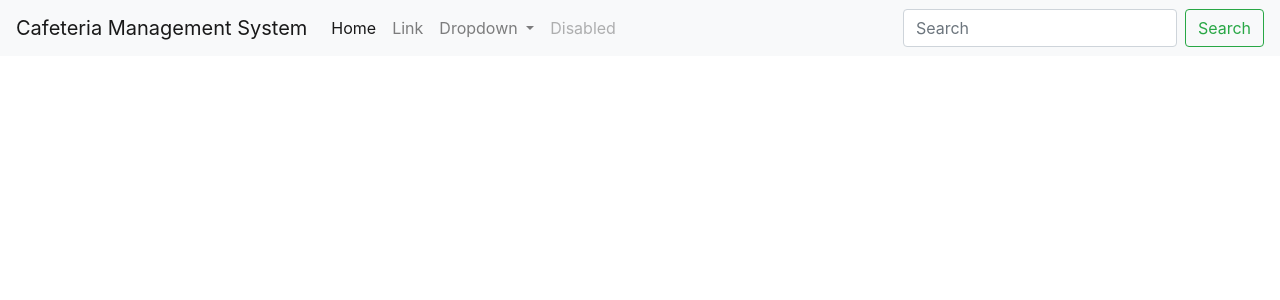
Repository: OsamaRaees/Trivia
Page: http://localhost/Trivia/
These files come from the project's save history. The page is drawn as it stood at one moment and after the next save; the edit follows.
The browser window is 1280 px wide. The pictures show the whole page.
The page is served by Tomcat 9. Other server files are loaded and not shown.

Above is the page before, as saved 2019-04-05 04:37:01.

### Trivia/WebContent/Main.jsp
<%@ page language="java" contentType="text/html; charset=ISO-8859-1"
    pageEncoding="ISO-8859-1"%>
<!DOCTYPE html>
<html>
<head>
<meta charset="ISO-8859-1">
<link rel="stylesheet" href="https://stackpath.bootstrapcdn.com/bootstrap/4.3.1/css/bootstrap.min.css" integrity="sha384-ggOyR0iXCbMQv3Xipma34MD+dH/1fQ784/j6cY/iJTQUOhcWr7x9JvoRxT2MZw1T" crossorigin="anonymous">
<title>Insert title here</title>
</head>
<body>

<nav class="navbar navbar-expand-lg navbar-light bg-light">
  <a class="navbar-brand" href="#">Cafeteria Management System </a>
  <button class="navbar-toggler" type="button" data-toggle="collapse" data-target="#navbarSupportedContent" aria-controls="navbarSupportedContent" aria-expanded="false" aria-label="Toggle navigation">
    <span class="navbar-toggler-icon"></span>
  </button>

  <div class="collapse navbar-collapse" id="navbarSupportedContent">
    <ul class="navbar-nav mr-auto">
      <li class="nav-item active">
        <a class="nav-link" href="#">Home <span class="sr-only">(current)</span></a>
      </li>
      <li class="nav-item">
        <a class="nav-link" href="#">Link</a>
      </li>
      <li class="nav-item dropdown">
        <a class="nav-link dropdown-toggle" href="#" id="navbarDropdown" role="button" data-toggle="dropdown" aria-haspopup="true" aria-expanded="false">
          Dropdown
        </a>
        <div class="dropdown-menu" aria-labelledby="navbarDropdown">
          <a class="dropdown-item" href="#">Action</a>
          <a class="dropdown-item" href="#">Another action</a>
          <div class="dropdown-divider"></div>
          <a class="dropdown-item" href="#">Something else here</a>
        </div>
      </li>
      <li class="nav-item">
        <a class="nav-link disabled" href="#" tabindex="-1" aria-disabled="true">Disabled</a>
      </li>
    </ul>
    <form class="form-inline my-2 my-lg-0">
      <input class="form-control mr-sm-2" type="search" placeholder="Search" aria-label="Search">
      <button class="btn btn-outline-success my-2 my-sm-0" type="submit">Search</button>
    </form>
  </div>
</nav>

<script src="https://code.jquery.com/jquery-3.3.1.slim.min.js" integrity="sha384-q8i/X+965DzO0rT7abK41JStQIAqVgRVzpbzo5smXKp4YfRvH+8abtTE1Pi6jizo" crossorigin="anonymous"></script>
<script src="https://cdnjs.cloudflare.com/ajax/libs/popper.js/1.14.7/umd/popper.min.js" integrity="sha384-UO2eT0CpHqdSJQ6hJty5KVphtPhzWj9WO1clHTMGa3JDZwrnQq4sF86dIHNDz0W1" crossorigin="anonymous"></script>
<script src="https://stackpath.bootstrapcdn.com/bootstrap/4.3.1/js/bootstrap.min.js" integrity="sha384-JjSmVgyd0p3pXB1rRibZUAYoIIy6OrQ6VrjIEaFf/nJGzIxFDsf4x0xIM+B07jRM" crossorigin="anonymous"></script>
</body>
</html>

After the next save:
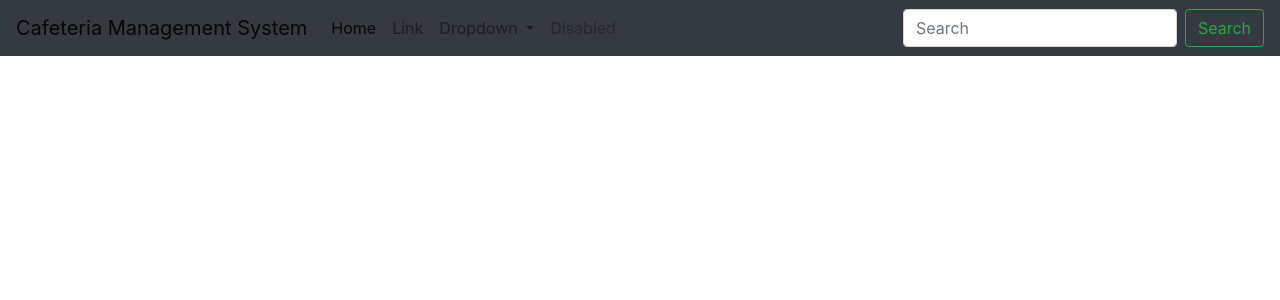
Saved 18 s later.
--- a/Trivia/WebContent/Main.jsp
+++ b/Trivia/WebContent/Main.jsp
@@ -9,7 +9,7 @@
 </head>
 <body>
 
-<nav class="navbar navbar-expand-lg navbar-light bg-light">
+<nav class="navbar navbar-expand-lg navbar-light bg-dark">
   <a class="navbar-brand" href="#">Cafeteria Management System </a>
   <button class="navbar-toggler" type="button" data-toggle="collapse" data-target="#navbarSupportedContent" aria-controls="navbarSupportedContent" aria-expanded="false" aria-label="Toggle navigation">
     <span class="navbar-toggler-icon"></span>

After the save that followed:
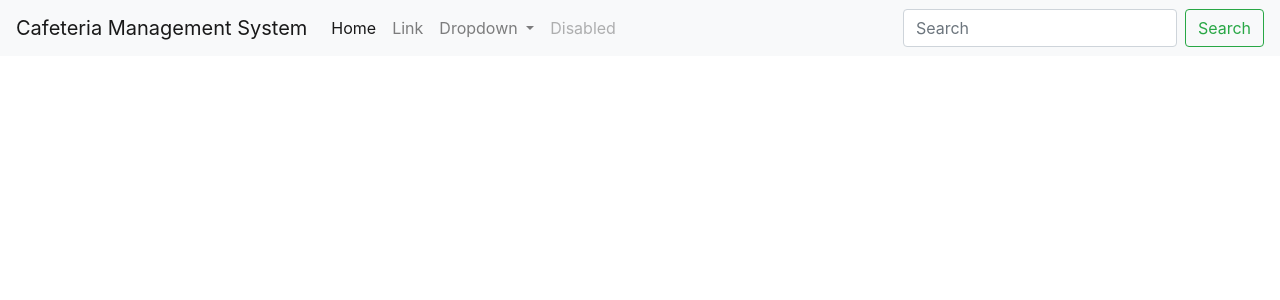
Saved 27 s later.
--- a/Trivia/WebContent/Main.jsp
+++ b/Trivia/WebContent/Main.jsp
@@ -9,7 +9,7 @@
 </head>
 <body>
 
-<nav class="navbar navbar-expand-lg navbar-light bg-dark">
+<nav class="navbar navbar-expand-lg navbar-light bg-light">
   <a class="navbar-brand" href="#">Cafeteria Management System </a>
   <button class="navbar-toggler" type="button" data-toggle="collapse" data-target="#navbarSupportedContent" aria-controls="navbarSupportedContent" aria-expanded="false" aria-label="Toggle navigation">
     <span class="navbar-toggler-icon"></span>
